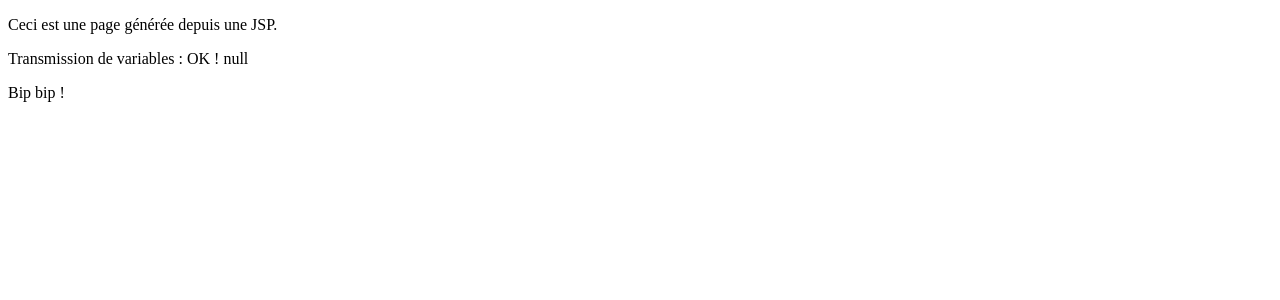
Repository: RomanKeller/Youtunes
Page: http://localhost/Web/main
These files come from the project's save history. The page is drawn as it stood at one moment and after the next save; the edit follows.
The browser window is 1280 px wide. The pictures show the whole page.
The page is served by Tomcat 9. Other server files are loaded and not shown.

Above is the page before, as saved 2014-06-04 14:09:28.

### Web/WebContent/WEB-INF/Appli.jsp
<!DOCTYPE html>
<%@ page pageEncoding="UTF-8" %>
<%@ page import="Applic.*,Utils.*" %>
<html>
 <head>
 <meta charset="utf-8" />
 <title>Youtunes</title>
 </head>
 <body>
 <p>Ceci est une page générée depuis une JSP.</p>
 <p>
 <%  String attribut = (String) request.getAttribute("test");
 out.println( attribut );
 %>
 </p>
  <p><%= "Bip bip !" %>
 </p>
 </body>
</html>

### Web/src/com/java/servlets/Appli.java
package com.java.servlets;

import java.io.IOException;
import java.io.PrintWriter;

import javax.servlet.ServletException;
import javax.servlet.http.HttpServlet;
import javax.servlet.http.HttpServletRequest;
import javax.servlet.http.HttpServletResponse;

public class Appli extends HttpServlet {
	public void doGet( HttpServletRequest request, HttpServletResponse
			response ) throws ServletException, IOException{
			String paramAuteur = request.getParameter( "auteur" );
			String message = "Transmission de variables : OK ! " + paramAuteur;
			 request.setAttribute( "test", message );
			 this.getServletContext().getRequestDispatcher("/WEB-INF/Appli.jsp").forward( request, response );
			}

	public static void main(String[] args) {
		// TODO Auto-generated method stub

	}

}

After the next save:
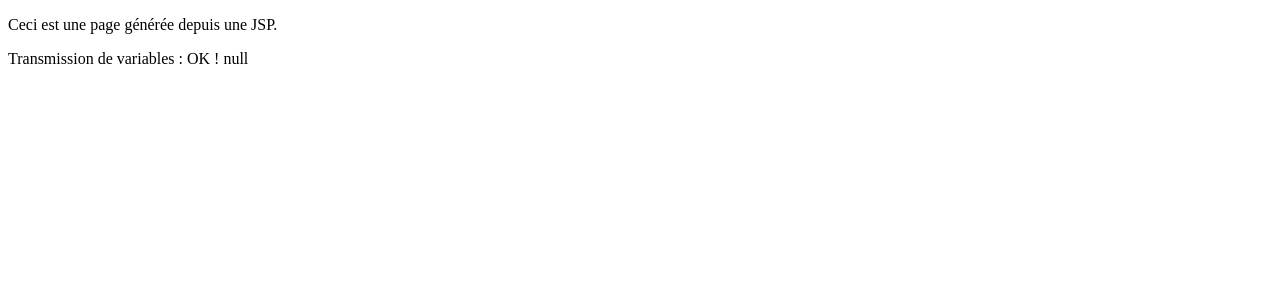
Saved 12 s later.
--- a/Web/WebContent/WEB-INF/Appli.jsp
+++ b/Web/WebContent/WEB-INF/Appli.jsp
@@ -13,7 +13,6 @@
  out.println( attribut );
  %>
  </p>
-  <p><%= "Bip bip !" %>
  </p>
  </body>
 </html>
